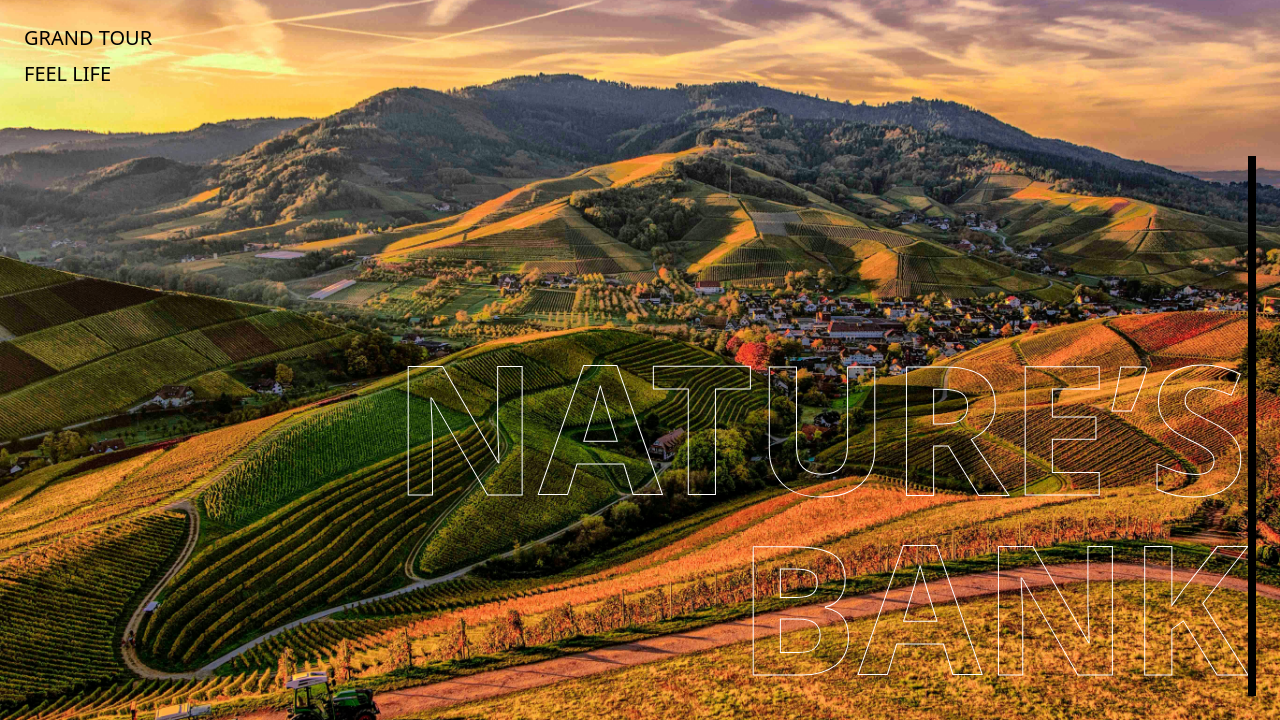
Repository: mikol-ux/Safari
Page: /
The author's editor kept a copy of each file at every save. The page is drawn from the files as they stood at one save, then again after the next save.
The browser window is 1280 px wide. The pictures show the whole page.
The project was rebuilt for these pictures with package versions that can differ from the ones it lists, and the page was loaded fresh each time. The framework's server and built-in components were replaced by stand-ins that run in the browser. Also part of the build but not shown: next.config.ts.

Above is the page before, as saved 2025-05-29 02:42:20.

### app/layout.tsx
import type { Metadata } from "next";
import { Geist, Geist_Mono } from "next/font/google";
import "./globals.css";

const geistSans = Geist({
	variable: "--font-geist-sans",
	subsets: ["latin"],
});

const geistMono = Geist_Mono({
	variable: "--font-geist-mono",
	subsets: ["latin"],
});

export const metadata: Metadata = {
	title: "Create Next App",
	description: "Generated by create next app",
};

export default function RootLayout({
	children,
}: Readonly<{
	children: React.ReactNode;
}>) {
	return (
		<html lang="en">
			<body className="">{children}</body>
		</html>
	);
}

### app/page.tsx
"use client";
import React, { useEffect } from "react";
import gsap from "gsap";

export default function Home() {
	useEffect(() => {
		gsap.set([".introline", ".bigline"], { x: "101%" });

		const tl = gsap.timeline();
		tl.to(".bigline", { duration: 1, x: "0%" })
			.to(".introline", { duration: 1, x: "0%" }, "+=0.3")
			.set(".bigline", { color: "transparent", y: "100%" })
			.set(".introline", { color: "transparent", y: "-100%" })
			.set(".bigline", { color: "transparent", y: "0%" })
			.to(".introline", {
				y: "0%",
				onStart: () => {
					document
						.querySelector(".bigline")
						?.classList.add("text-outline-white");
				},
			})
			.to(".bigline", {
				y: "0%",
				onStart: () => {
					document
						.querySelector(".bigline")
						?.classList.add("text-outline-white");
				},
			});
	}, []);
	return (
		<section className="h-screen bg-[url('/landscape.jpg')] bg-cover bg-no-repeat bg-center text-black">
			<div className="h-full w-full flex flex-col justify-between p-6">
				<div className="text-left space-y-2">
					<p className="text-xl uppercase">grand tour</p>
					<p className="text-xl uppercase">feel life</p>
				</div>
				<div className="text-right font-bold leading-none border-r-8 border-black overflow-hidden">
					<p className="introline text-[69px] min-[480px]:text-[90px] sm:text-[120px] lg:text-[150px] xl:text-[180px] 3xl:text-[215px]">
						THE SAFARI
					</p>
					<p className="bigline text-[69px] min-[480px]:text-[90px] sm:text-[120px] lg:text-[150px] xl:text-[180px] 3xl:text-[215px]">
						NATURE’S BANK
					</p>
				</div>
			</div>
		</section>
	);
}

### app/globals.css
@import "tailwindcss";

@theme {
	/* Base Colors */
	--black: #000000;
	--white: #ffffff;
	--muted-blue: #6c8ea3;
	--pitch-dark-blue: #202a30;
	--sky-blue: #bee8ff;
	--deep-blue: #438db5;

	/* Muted Text Colors */
	--muted-text: #999999;
	--muted-text-2: #cccccc;
	--muted-text-3: #595959;
	--muted-text-4: #333333;
	--muted-text-5: #b3b3b3;
	--muted-text-6: #a6a6a6;
	--muted-text-7: #1a1a1a;
	--muted-text-8: #808080;
	--muted-text-9: #262626;
	--muted-text-10: #c6c6c6;
	--muted-text-11: #bfbfbf;
	--muted-text-12: #292929;
	--muted-text-13: #010e0c;

	/* Break Points */
	--breakpoint-3xl: 120rem;
	--breakpoint-4xl: 128rem;
	--breakpoint-5xl: 160rem;
	--breakpoint-6xl: 240rem;

	/* Font */
	--font-General-Sans: "General Sans", sans-serif;

	/* Mapped Colors */
	--color-black: var(--black);
	--color-white: var(--white);
	--color-muted-blue: var(--muted-blue);
	--color-pitch-dark-blue: var(--pitch-dark-blue);
	--color-sky-blue: var(--sky-blue);
	--color-deep-blue: var(--deep-blue);

	/* Mapped Muted Colors */
	--color-muted: var(--muted-text);
	--color-muted-2: var(--muted-text-2);
	--color-muted-3: var(--muted-text-3);
	--color-muted-4: var(--muted-text-4);
	--color-muted-5: var(--muted-text-5);
	--color-muted-6: var(--muted-text-6);
	--color-muted-7: var(--muted-text-7);
	--color-muted-8: var(--muted-text-8);
	--color-muted-9: var(--muted-text-9);
	--color-muted-10: var(--muted-text-10);
	--color-muted-11: var(--muted-text-11);
	--color-muted-12: var(--muted-text-12);
	--color-muted-13: var(--muted-text-13);
}

/* for button border gradient */
@utility mask-content-box {
	-webkit-mask: linear-gradient(#fff 0 0) content-box, linear-gradient(#fff 0 0);
	mask: linear-gradient(#fff 0 0) content-box, linear-gradient(#fff 0 0);
	-webkit-mask-composite: destination-out;
	mask-composite: exclude;
}

@utility bg-gradient-dir {
	content: var(--tw-content);
	--tw-gradient-position: var(--tw-gradient-direction, to right) in oklab;
	background-image: linear-gradient(var(--tw-gradient-stops));
}
@layer {
	.text-outline-white {
		color: transparent;
		-webkit-text-stroke: 1px white;
	}
}

/* For Animated Text */
.tpk-text-clip div {
	clip-path: polygon(0 0, 100% 0, 100% 100%, 0% 100%);
}

.tpk-override-clip div {
	clip-path: none !important;
}

/* Page Transition */
::view-transition-old(root),
::view-transition-new(root) {
	animation: none !important;
}

::view-transition-group(root) {
	z-index: auto !important;
}

::view-transition-image-pair(root) {
	isolation: isolate;
	will-change: transform, opacity, clip-path;
	z-index: 1;
}

::view-transition-new(root) {
	z-index: 10000;
	animation: none !important;
}

::view-transition-old(root) {
	z-index: 1;
	animation: none !important;
}

.client-overflow-scroll::-webkit-scrollbar-track,
.client-overflow-scroll::-webkit-scrollbar {
	@apply hidden;
}

input:-webkit-autofill,
input:-webkit-autofill:hover,
input:-webkit-autofill:focus,
input:-webkit-autofill:active {
	-webkit-box-shadow: 0 0 0 1000px transparent inset !important;
	box-shadow: 0 0 0 1000px transparent inset !important;
	-webkit-text-fill-color: inherit !important;
	color: white !important;
	transition: background-color 9999s ease-in-out 0s !important;
	background-color: transparent !important;
}

After the next save:
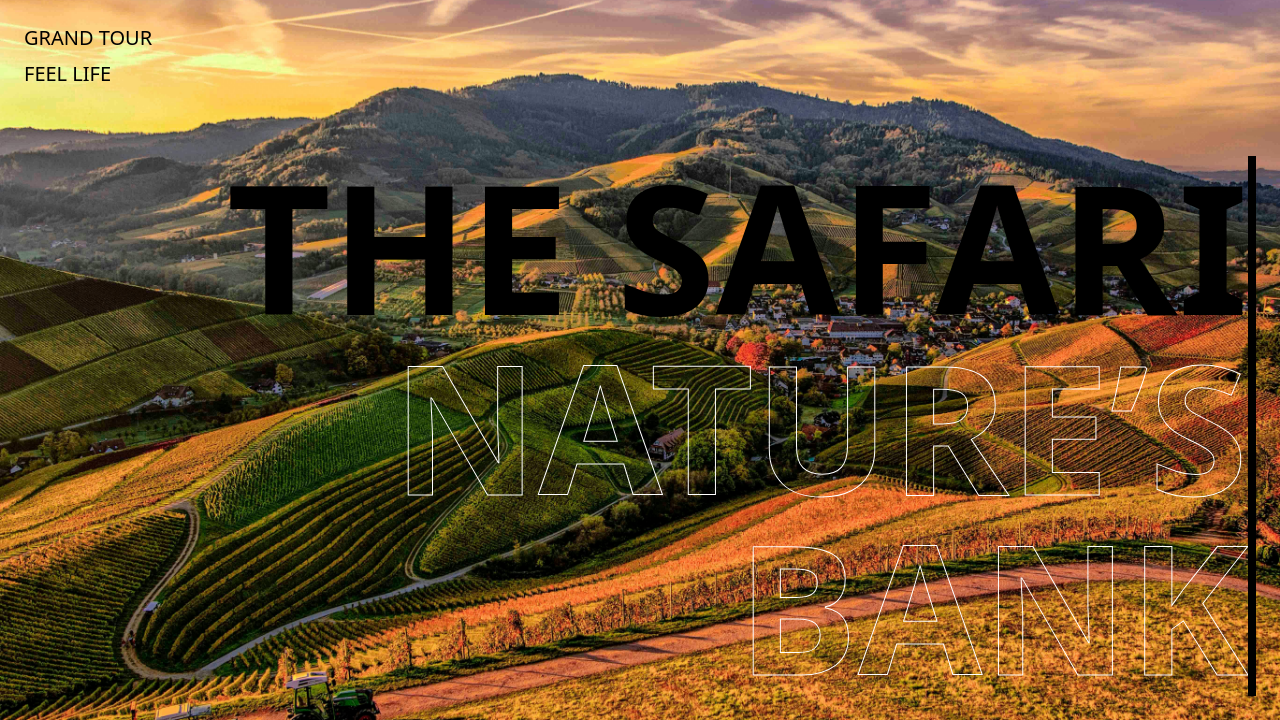
Saved 52 s later.
--- a/app/page.tsx
+++ b/app/page.tsx
@@ -9,8 +9,8 @@ export default function Home() {
 		const tl = gsap.timeline();
 		tl.to(".bigline", { duration: 1, x: "0%" })
 			.to(".introline", { duration: 1, x: "0%" }, "+=0.3")
-			.set(".bigline", { color: "transparent", y: "100%" })
-			.set(".introline", { color: "transparent", y: "-100%" })
+			.set(".bigline", { y: "100%" })
+			.set(".introline", { y: "-100%" })
 			.set(".bigline", { color: "transparent", y: "0%" })
 			.to(".introline", {
 				y: "0%",
